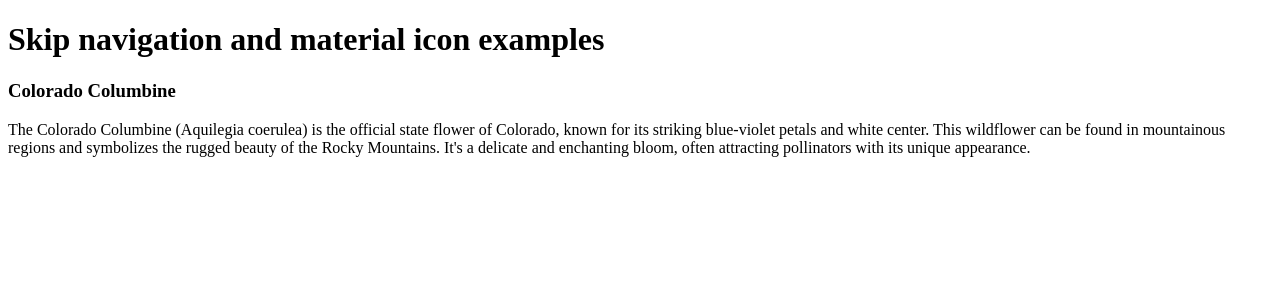
Repository: ethan-schrauf/UniversalDesignWebsite
Page: test.html
These files come from the project's save history. The page is drawn as it stood at one moment and after the next save; the edit follows.
The browser window is 1280 px wide. The pictures show the whole page.

Above is the page before, as saved 2023-10-16 18:08:02.

### test.html

<!DOCTYPE html>
<html lang="en">
<head>
  <meta charset="UTF-8">
  <meta name="viewport" content="width=device-width, initial-scale=1.0">
  <meta http-equiv="X-UA-Compatible" content="ie=edge">
  <title>Skip Navigation Material Icons</title>
  <link href="test.css" rel="stylesheet">
</head>
<body>
  <a class="skip-link" href="#maincontent">Skip to main content</a>
<header>
  <h1>Skip navigation and material icon examples</h1>
  <section id="colorado-columbine">
    <h3>Colorado Columbine</h3>

    <p>The Colorado Columbine (Aquilegia coerulea) is the official state flower of Colorado, known for its
        striking blue-violet petals and white center. This wildflower can be found in mountainous regions and
        symbolizes the rugged beauty of the Rocky Mountains. It's a delicate and enchanting bloom, often
        attracting pollinators with its unique appearance.</p>
</section>
</main>
</body>
</html>

### test.css
@import url('https://fonts.googleapis.com/icon?family=Material+Icons');


.skip-link {
  background: black;
  color: #fff;
  font-weight: 700;
  padding: 4px;
  position: absolute;
  transform: translateY(-200%);
}

.skip-link:focus {
  transform: translateY(-100%);
}

.skip-link {
  /* Same as  before */
  transition: transform 0.3s;
}

After the next save:
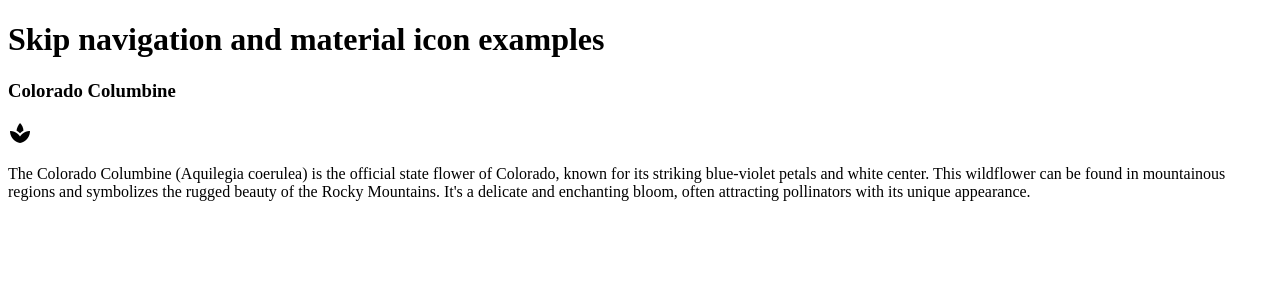
Saved 36 s later.
--- a/test.html
+++ b/test.html
@@ -14,7 +14,7 @@
   <h1>Skip navigation and material icon examples</h1>
   <section id="colorado-columbine">
     <h3>Colorado Columbine</h3>
-
+    <span aria-hidden="true" class="material-icons">spa</span>
     <p>The Colorado Columbine (Aquilegia coerulea) is the official state flower of Colorado, known for its
         striking blue-violet petals and white center. This wildflower can be found in mountainous regions and
         symbolizes the rugged beauty of the Rocky Mountains. It's a delicate and enchanting bloom, often
